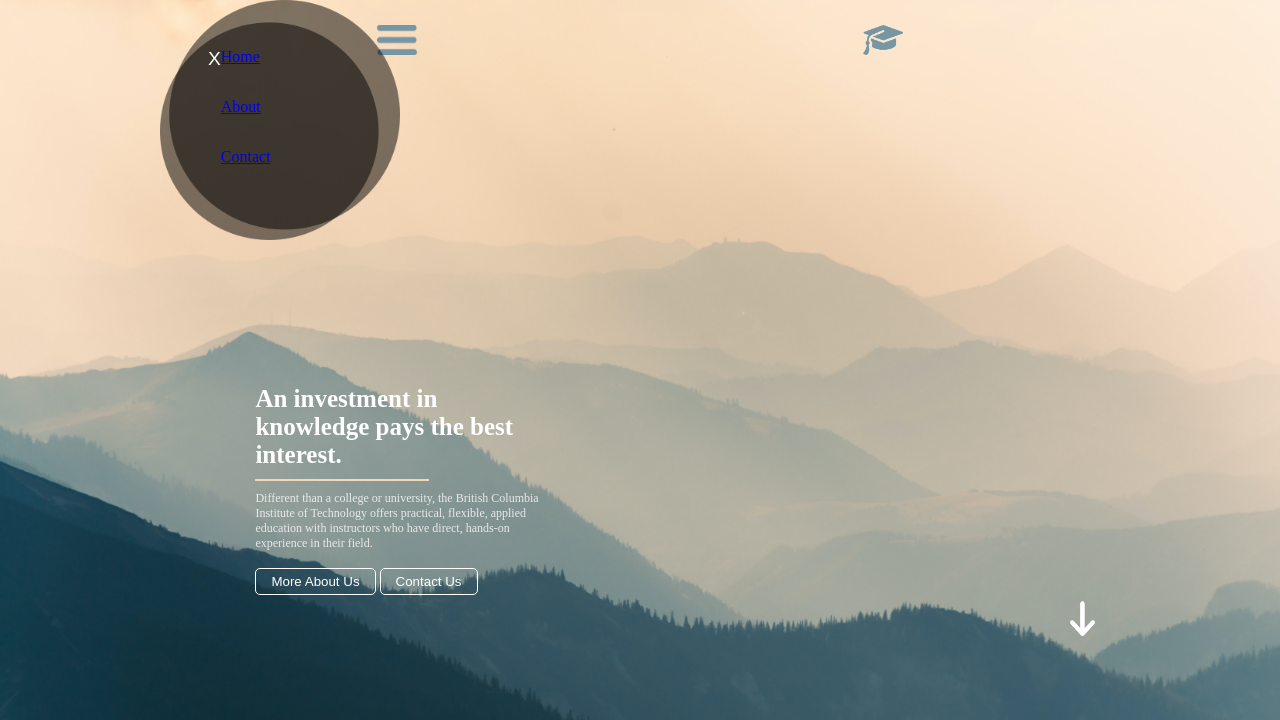
Repository: Sheraliramzan/Aly_A01253508_Assignment1
Page: /
The author's editor kept a copy of each file at every save. The page is drawn from the files as they stood at one save, then again after the next save.
The browser window is 1280 px wide. The pictures show the whole page.
The project was rebuilt for these pictures with package versions that can differ from the ones it lists, and the page was loaded fresh each time. The framework's server and built-in components were replaced by stand-ins that run in the browser. Also part of the build but not shown: next.config.js.

Above is the page before, as saved 2023-02-04 17:47:23.

After the next save:
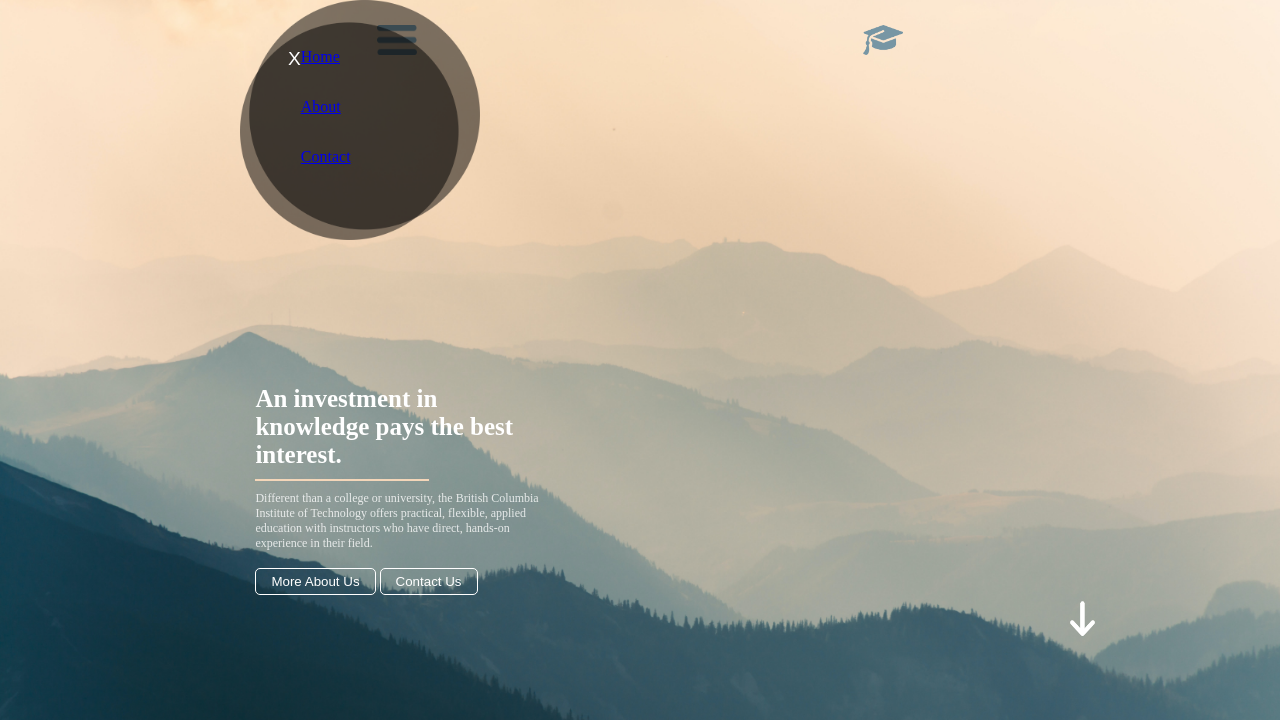
Saved 5 s later.
--- a/styles/globals.css
+++ b/styles/globals.css
@@ -25,7 +25,7 @@ body {
 .menucont{
   position: absolute;
   top: 0rem;
-  left: 10rem;
+  left: 15rem;
 }
 
 ul {
